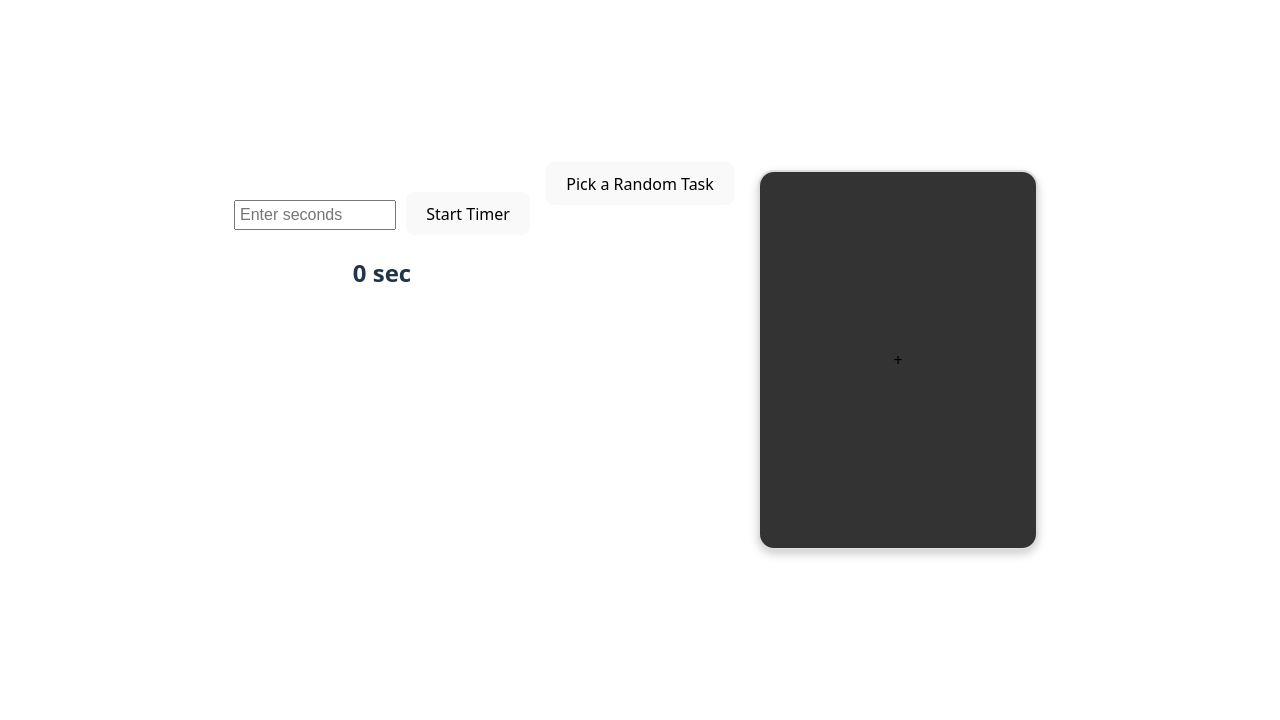
Repository: RamSivaSundaraKarthykeyan/Cards-Task
Page: /
These files come from the project's save history. The page is drawn as it stood at one moment and after the next save; the edit follows.
The browser window is 1280 px wide. The pictures show the whole page.
The project was rebuilt for these pictures with package versions that can differ from the ones it lists, and the page was loaded fresh each time. Also part of the build but not shown: vite.config.js, src/CSS/checkBox.css, src/components/CheckBox.jsx, src/CSS/TaskCard.css, src/components/TaskCard.jsx.

Above is the page before, as saved 2025-04-16 18:37:24.

After the next save:
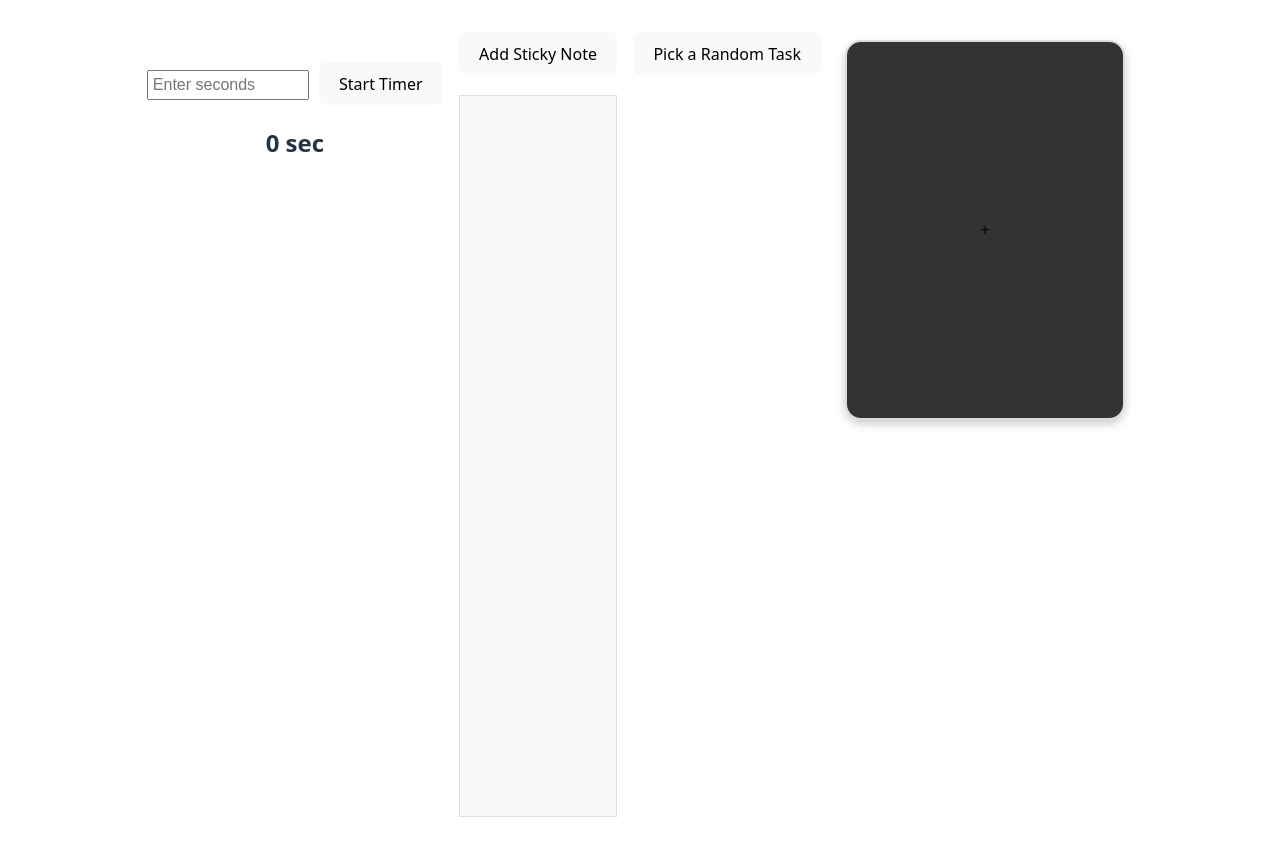
Saved 11 s later.
--- a/src/components/Deck.jsx
+++ b/src/components/Deck.jsx
@@ -45,6 +45,7 @@ function Deck() {
       className="deck"
     >
       <Timer />
+      <StickyNotes />
       <button onClick={handlePickRandomTaskCard}> Pick a Random Task </button>
       <button className="task-card-add-button" onClick={handleAddTaskCard}>
         +
